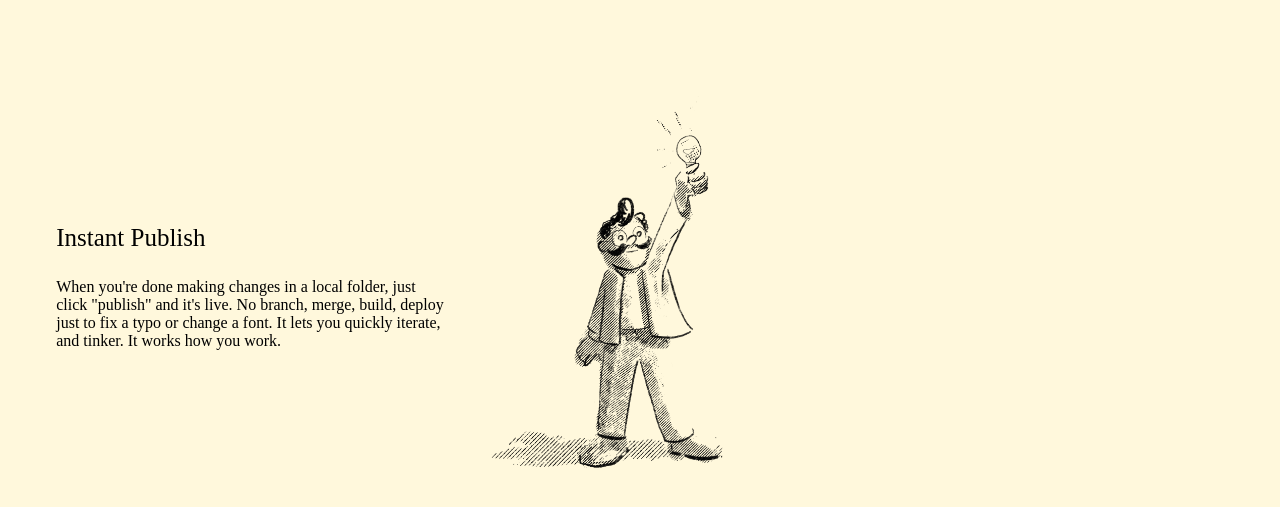
Repository: Pbemits/TEAMWORK-PROJECT-ONE
Page: index.html
The author's editor kept a copy of each file at every save. The page is drawn from the files as they stood at one save, then again after the next save.
The browser window is 1280 px wide. The pictures show the whole page.
Some web fonts or font styles are not loaded; a fallback is used.

Above is the page before, as saved 2023-09-01 22:56:15.

After the next save:
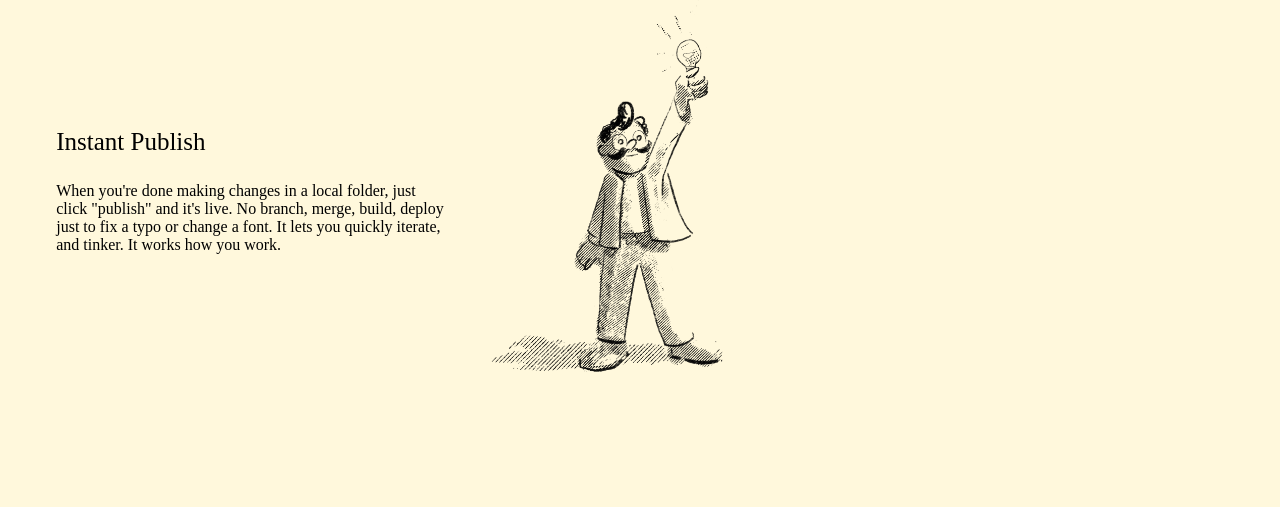
Saved 10 s later.
--- a/assets/css/main.css
+++ b/assets/css/main.css
@@ -1,7 +1,6 @@
 .content-wrapper-element-one {
     display: flex;
     width: 900px;
-    height: 600px;
     align-items: center;
     justify-content: center;
 }
